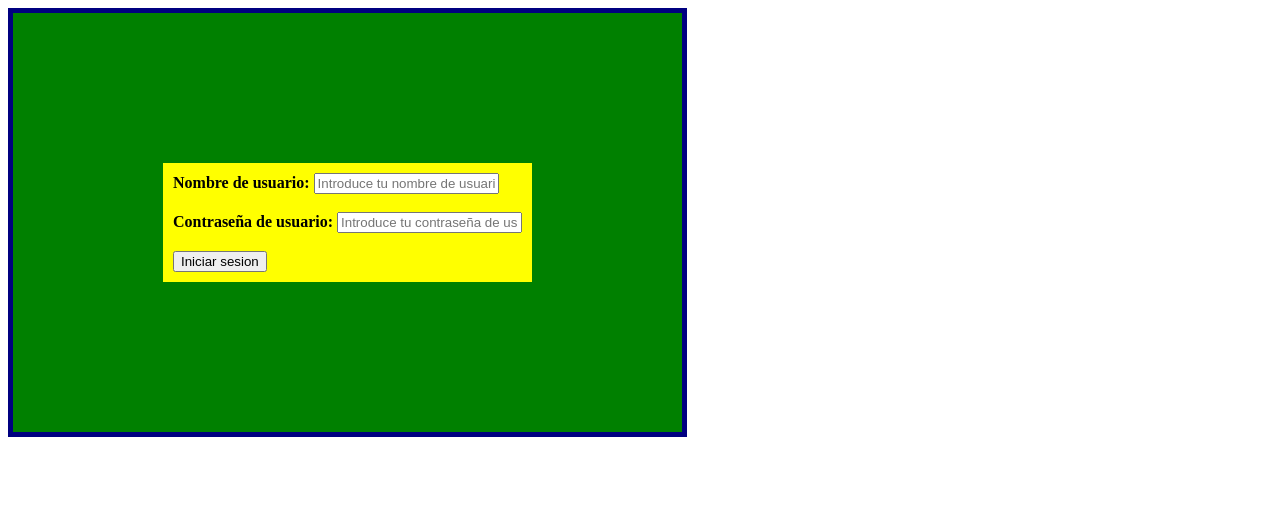
Repository: angegon/Developing-Applications-for-the-Java-EE-Platform
Page: http://localhost/21_validacion_servlet_jsp_mas_cookie_usuario/login.jsp
An editor plug-in stored every save of this project. The page is shown before and after the next save, followed by the edit.
The browser window is 1280 px wide. The pictures show the whole page.
The page is served by Tomcat 9.

Above is the page before, as saved 2016-12-23 18:17:49.

After the next save:
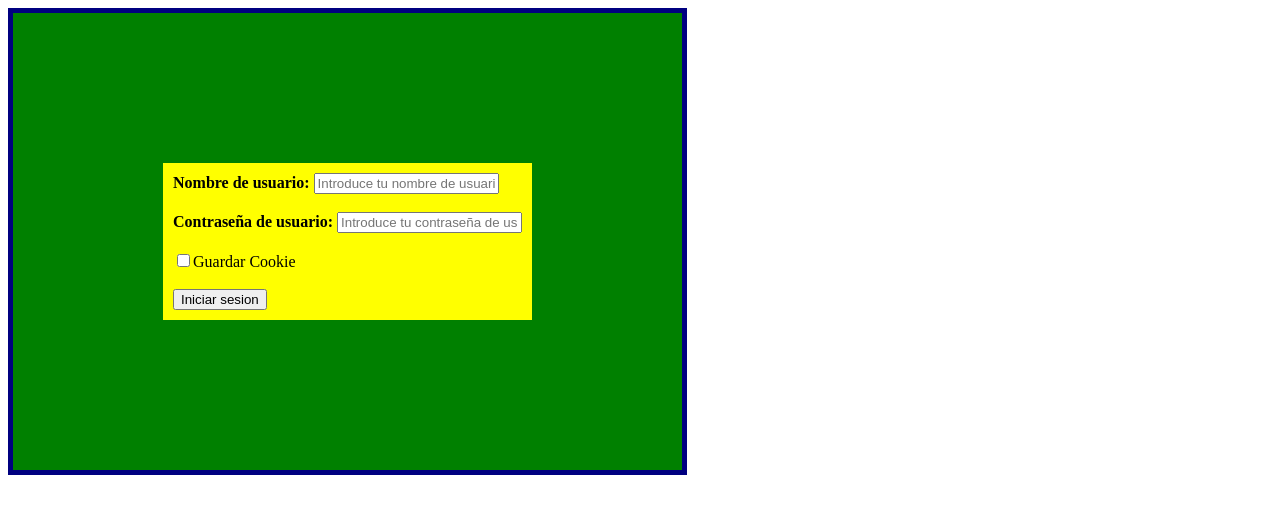
Saved 88 s later.
--- a/javaee/21_validacion_servlet_jsp_mas_cookie_usuario/WebContent/login.jsp
+++ b/javaee/21_validacion_servlet_jsp_mas_cookie_usuario/WebContent/login.jsp
@@ -15,7 +15,8 @@
 	</br></br>
 	<b>Contraseña de usuario: </b><input type="password" name="password" placeholder="Introduce tu contraseña de usuario"/>
 	</br></br>
-
+	<input type="checkbox" name="cookie" value="cookie">Guardar Cookie
+	</br></br>
 	<input type="submit" value="Iniciar sesion"/>
 	</div>
 </div>
